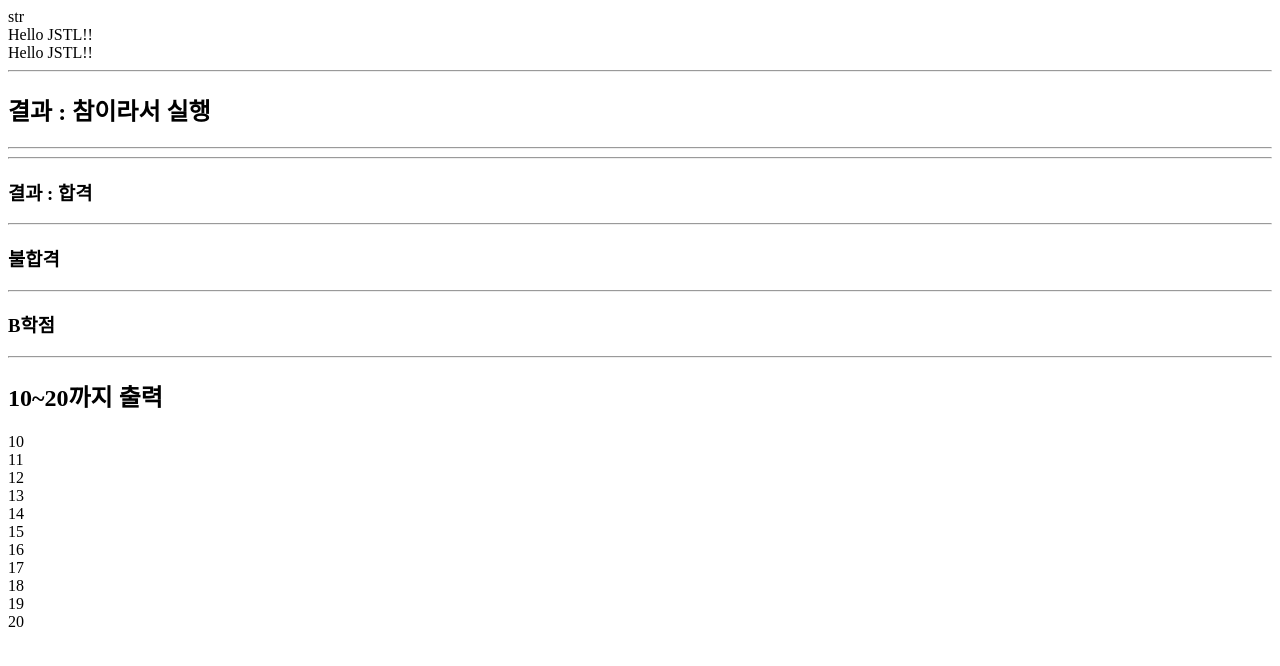
Repository: hagjun/jspstudy
Page: http://localhost/01_servlet/jsp/ex09_jstl.jsp
These files come from the project's save history. The page is drawn as it stood at one moment and after the next save; the edit follows.
The browser window is 1280 px wide. The pictures show the whole page.
The page is served by Tomcat 9. Other server files are loaded and not shown.

Above is the page before, as saved 2024-03-07 02:52:25.

### 01_servlet/src/main/webapp/jsp/ex09_jstl.jsp
<%@ page language="java" contentType="text/html; charset=UTF-8"
    pageEncoding="UTF-8"%>
<%@ taglib prefix="c" uri="http://java.sun.com/jsp/jstl/core" %>
<%@ taglib prefix="fmt" uri="http://java.sun.com/jsp/jstl/fmt" %>
<!DOCTYPE html>
<html>
<head>
<meta charset="UTF-8">
<title>JSTL</title>
</head>
<body>
<%--
	JSTL(JSP Standard Tag Library)
	1. 라이브러리 다운받아서 해당 프로젝트에 넣기 (tomcat.apache.org)
	2. 다운받은 4개의 파일을 WEB-INF 안에 lib 폴더를 만들어서 넣어주자.
	3. JSTL을 사용하기 위해서는 지시어 중 taglib 지시어 선언하고 사용한다. (보통은 page 지시어 밑에 사용)
		코어  : <%@ taglib prefix="c" uri="http://java.sun.com/jsp/jstl/core" %>
		포맷팅 : <%@ taglib prefix="fmt" uri="http://java.sun.com/jsp/jstl/fmt" %>
	4. 사용법  : 코어 = <c:사용명령어>, 포맷팅 = <fmt:사용명령어>
--%>
	<%-- 1. 변수생성 및 데이터 저장 : 디폴트는 pageContext 에 저장 --%>
	<%-- 변수생성 명령어 (set) => <c:set var="변수명" value="데이터값" ></c:set> --%>
	<c:set var="str" value="Hello JSTL!!" />

	<%-- 변수출력 명령어 (out) => <c:out value="출력할 데이터 또는 EL사용"/> --%>
	<c:out value="str"/> <br> <%-- str 문자열 출력 --%>
	<c:out value="${str }"/> <br> <%-- 변수값 str 출력 --%>

	<%-- pageContext에 저장되기 때문에 EL 사용 가능 --%>
	${str }

	<%-- 변수 삭제 (remove) --%>
	<c:remove var="str"/><%-- 변수 str --%>
	<c:out value="${str }"/>
	${str } <br>
	<hr>

	<%--
		if 문 : else 가 없다. 조건식이 참일 때 만 실행
		<c:if test="조건식(관계연산, 비교연산, 논리연산 -> EL방식으로 작성) var="변수""></c:if>
			조건식이 참일때 실행할 문장
	 --%>
	<c:if test="${4>3}" >
		<h2>결과 : 참이라서 실행</h2>
	</c:if>
	<hr>

	<c:if test="${4<3}" >
		<h2>결과 : 거짓이라서 실행불가</h2>
	</c:if>
	<hr>

	<%-- avg 가 80 이상이면 합격 >=(ge) --%>
	<c:set var="avg" value="90" />
	<%-- <c:if test="${avg >= 80 }"> --%>
	<c:if test="${avg ge 80 }">
		<h3>결과 : 합격</h3>
	</c:if>
	<hr>

	<%--
		if 문은 else 가 없어서 불편하다.
		대신에 choose 문 사용한다.
		switch 문과 비슷하다.
		c:otherwise => default 와 같다.

		<c:choose>
			<c:when test="조건식(관계연산, 비교연산, 논리연산 -> EL방식으로 작성)">참일때 실행</c:when>
			<c:when test="조건식(관계연산, 비교연산, 논리연산 -> EL방식으로 작성)">참일때 실행</c:when>
			<c:when test="조건식(관계연산, 비교연산, 논리연산 -> EL방식으로 작성)">참일때 실행</c:when>
			<c:otherwise>위의 조건이 맞지 않았을 때 (즉, 나머지)</c:otherwise>
		</c:choose>
	 --%>

	 <%-- avg 가 80 이상이면 합격 >=(ge) --%>
	 <c:set var="avg" value="77"></c:set>
	<c:choose>
		<c:when test="${avg ge 80 }">
			<h3>합격</h3>
		</c:when>
		<c:otherwise>
			<h3>불합격</h3>
		</c:otherwise>
	</c:choose>
	<hr>

	<%-- avg2 가 90이상이면 A학점, 80이상이면 B학점, 70이상이면 C학점, 나머지 F학점
		** 정수는 정수와 비교, 실수는 실수와 비교해야 된다.
	--%>
	<c:set var="avg2" value="89.4"></c:set>
	<c:choose>
		<c:when test="${avg2 ge 90.0 }">
			<h3>A학점</h3>
		</c:when>
		<c:when test="${avg2 ge 80.0 }">
			<h3>B학점</h3>
		</c:when>
		<c:when test="${avg2 ge 70.0 }">
			<h3>C학점</h3>
		</c:when>
		<c:otherwise>
			<h3>F학점</h3>
		</c:otherwise>
	</c:choose>
	<hr>
	<%-- for 문
			1. 일반적인 for 문
				<c:forEach begin="시작값" end="끝값" step="증가/감소"
				var="안에서 사용할 변수" varStatus="변수상태값"></c:forEach>
			2. 개선된 for 문
	 --%>
	<h2>10~20까지 출력</h2>
	<c:forEach begin="10" end="20" step="1" var="k" varStatus="vs">
		${k} <br>
	</c:forEach>
</body>
</html>

After the next save:
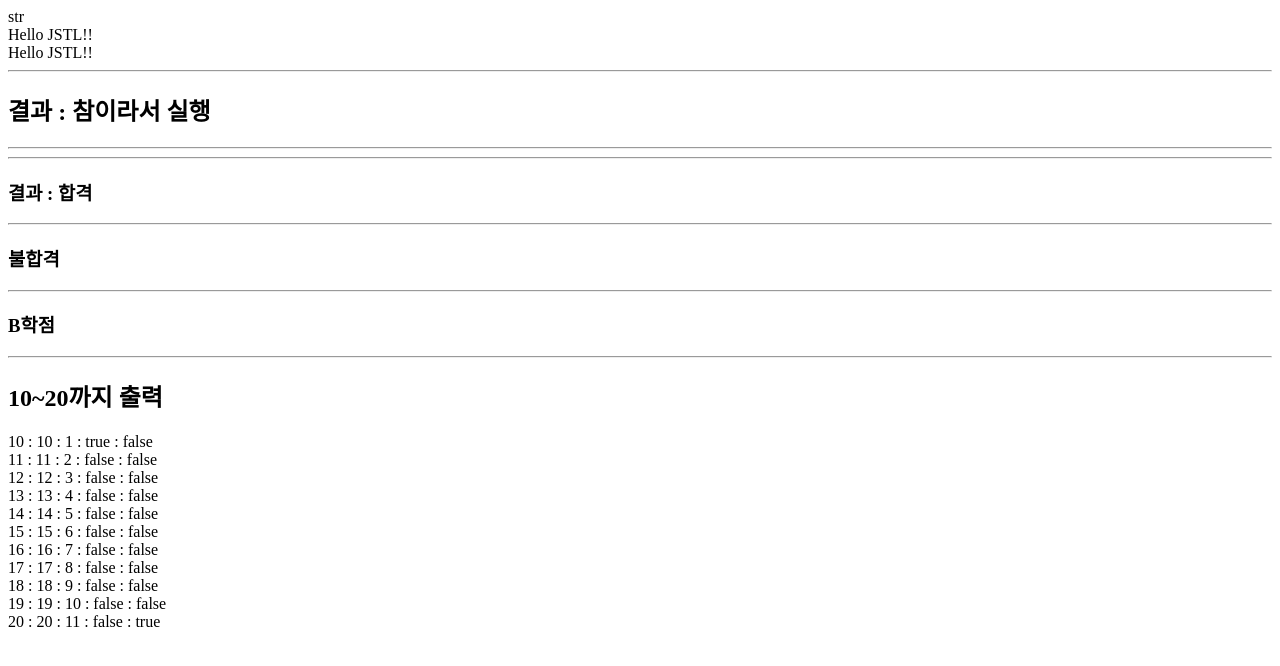
Saved 64 s later.
--- a/01_servlet/src/main/webapp/jsp/ex09_jstl.jsp
+++ b/01_servlet/src/main/webapp/jsp/ex09_jstl.jsp
@@ -111,7 +111,7 @@
 	 --%>
 	<h2>10~20까지 출력</h2>
 	<c:forEach begin="10" end="20" step="1" var="k" varStatus="vs">
-		${k} <br>
+		${k} : ${vs.index } : ${vs.count } : ${vs.first } : ${vs.last }  <br>
 	</c:forEach>
 </body>
 </html>
